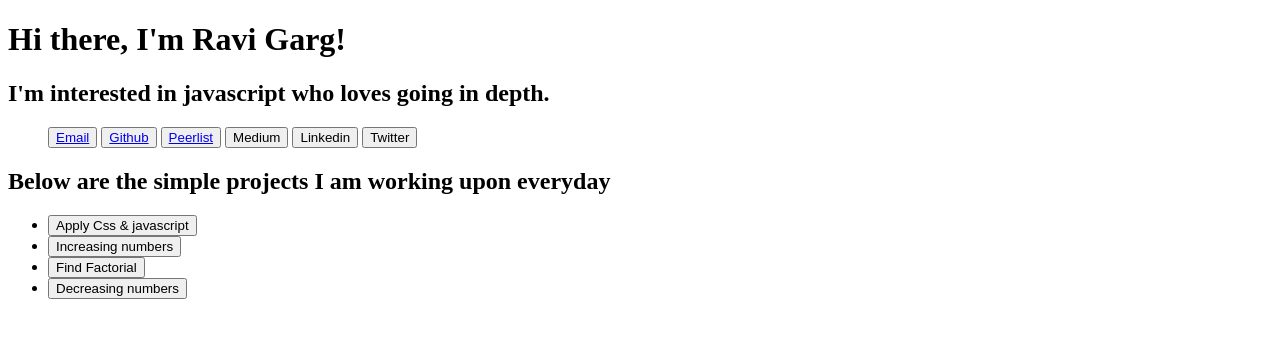
Repository: ravigarg001/musafir
Page: index.html
The author's editor kept a copy of each file at every save. The page is drawn from the files as they stood at one save, then again after a run of saves.
The browser window is 1280 px wide. The pictures show the whole page.

Above is the page before, as saved 2022-05-02 09:23:53.

After the next 3 saves:
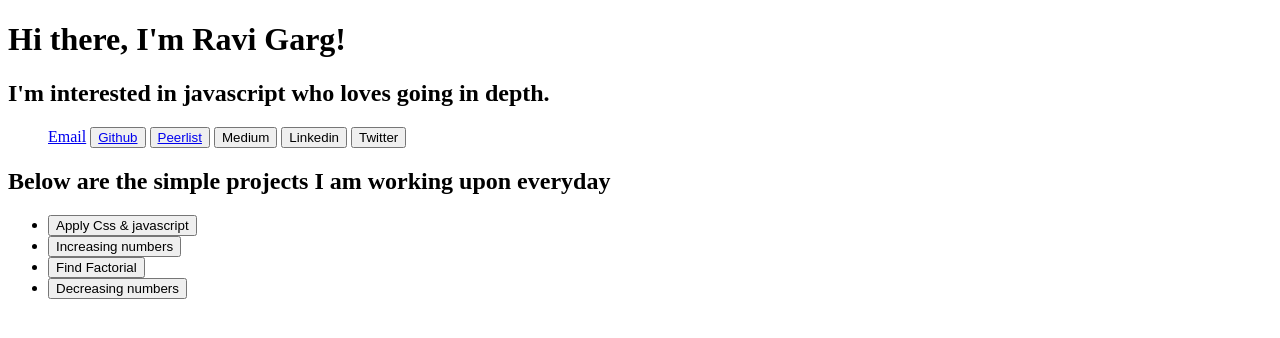
The 3 saves are shown as one change because they came seconds apart.
The last was saved 32 s later.
--- a/index.html
+++ b/index.html
@@ -15,6 +15,7 @@
 
 <footer>
 <ul>
+<ou
   <button><a href="mailto:ravigarg.connect@gmail.com">Email</a></button>
   <button><a href="https://github.com/ravigarg001" target="_blank">Github</a></button>
   <button><a href="https://peerlist.io/ravigarg" target="_blank">Peerlist</a></button>

After the 2 saves that followed:
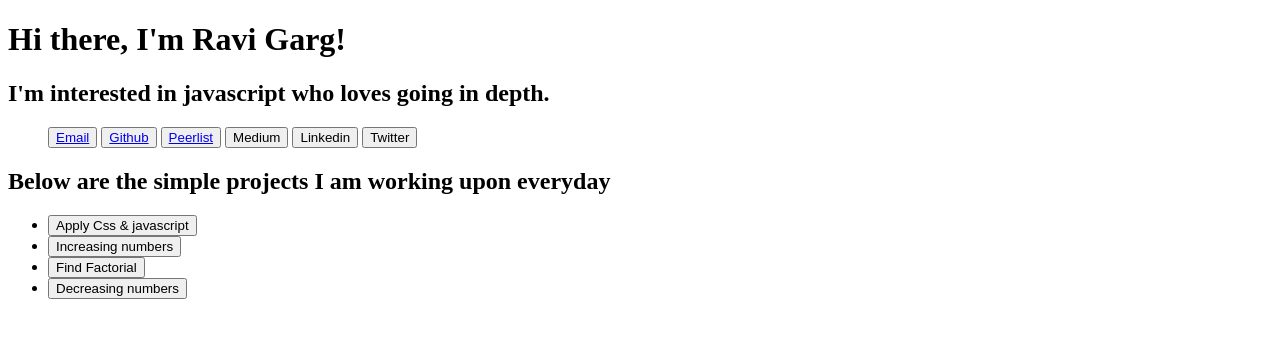
The 2 saves are shown as one change because they came seconds apart.
The last was saved 7 s later.
--- a/index.html
+++ b/index.html
@@ -15,7 +15,7 @@
 
 <footer>
 <ul>
-<ou
+<label></label>
   <button><a href="mailto:ravigarg.connect@gmail.com">Email</a></button>
   <button><a href="https://github.com/ravigarg001" target="_blank">Github</a></button>
   <button><a href="https://peerlist.io/ravigarg" target="_blank">Peerlist</a></button>
